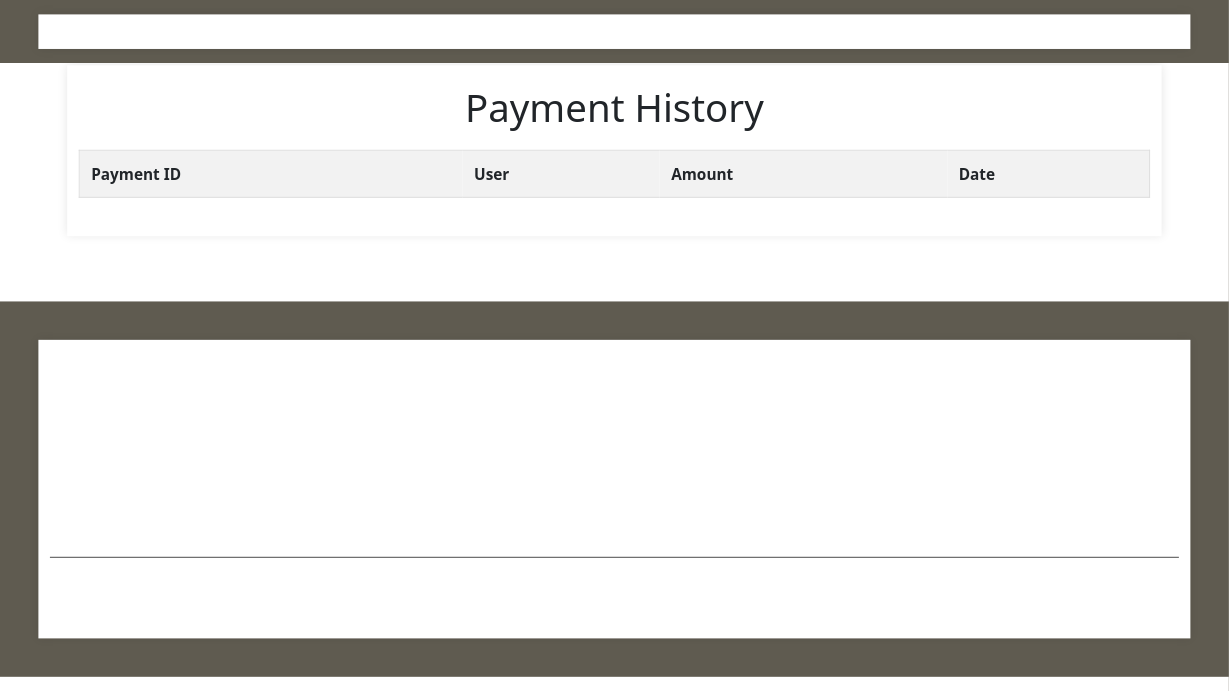
Repository: NagaMounikaY/GroceriesSubscriptionBookingManagement
Page: http://localhost/GroceriesSubBookingSystem/WEB-INF/views/paymentHistory.jsp
These files come from the project's save history. The page is drawn as it stood at one moment and after the next save; the edit follows.
The browser window is 1280 px wide. The pictures show the whole page, at 96% of full size.
The page is served by Tomcat 9. Nobody is signed in. The template is opened directly, without the code that normally fills it, so the values that code supplies are empty.

Above is the page before, as saved 2024-09-16 06:35:21.

After the next save:
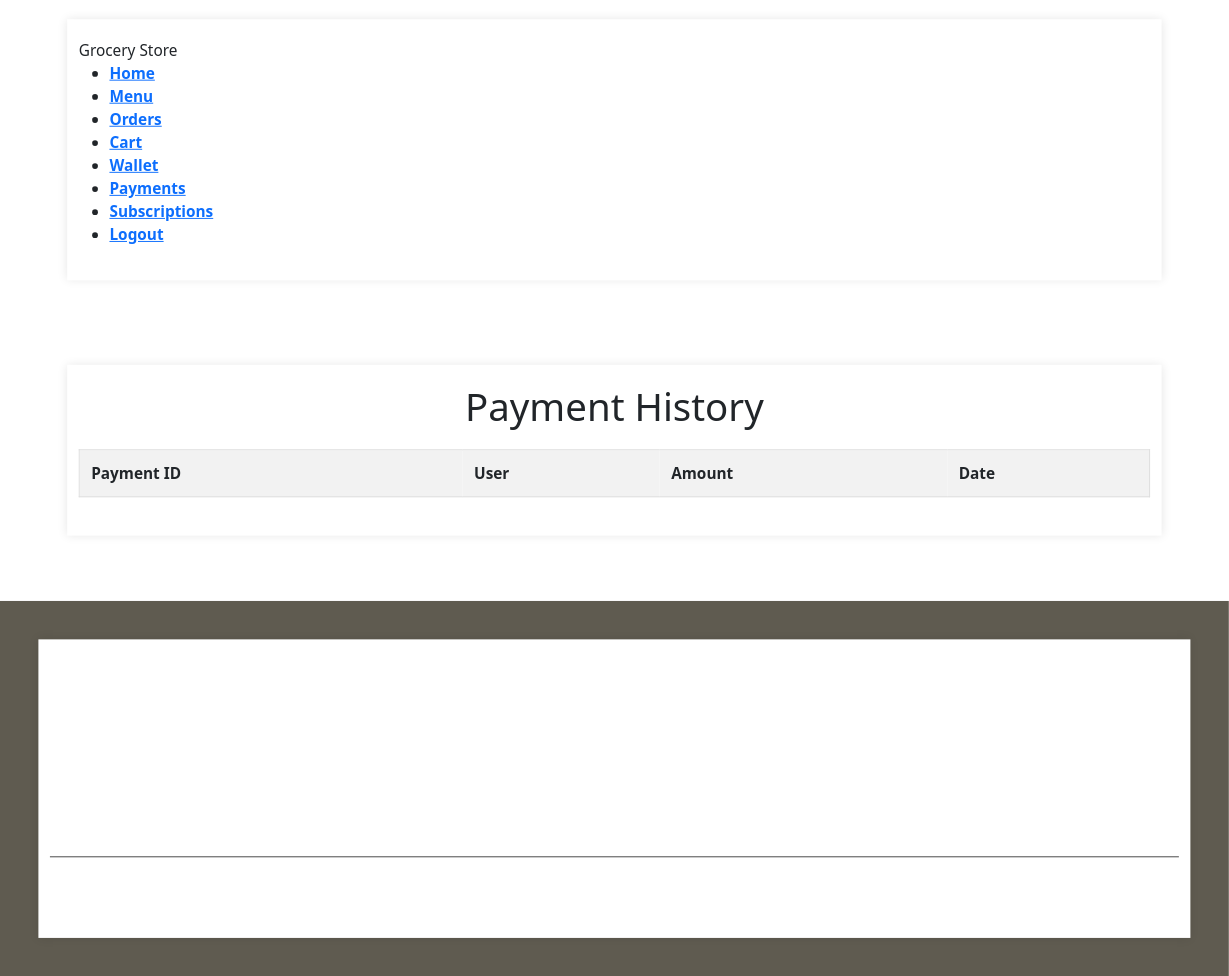
Saved 94 s later.
--- a/GroceriesSubBookingSystem/src/main/webapp/WEB-INF/views/paymentHistory.jsp
+++ b/GroceriesSubBookingSystem/src/main/webapp/WEB-INF/views/paymentHistory.jsp
@@ -51,7 +51,24 @@
     </style>
 </head>
 <body>
- <jsp:include page="/customerHeader.jsp"></jsp:include>
+  <!-- Header -->
+    <header>
+        <div class="container">
+            <div class="logo"> Grocery Store</div>
+            <nav>
+                <ul>
+                    <li><a href="${pageContext.request.contextPath}/home.jsp"><strong>Home</strong></a></li>
+                    <li><a href="${pageContext.request.contextPath}/groceries/list"><strong>Menu</strong></a></li>
+                    <li><a href="${pageContext.request.contextPath}/orders/viewOrders"><strong>Orders</strong></a></li>
+					<li><a href="${pageContext.request.contextPath}/orders/cart"><strong>Cart</strong></a>
+					<li><a href="${pageContext.request.contextPath}/wallets/wallet"><strong>Wallet</strong></a>
+					<li><a href="${pageContext.request.contextPath}/payment/history"><strong>Payments</strong></a>
+					<li><a href="${pageContext.request.contextPath}/subscription/subscriptionlist"><strong>Subscriptions</strong></a>
+                    <li><a href="${pageContext.request.contextPath}/home.jsp"><strong>Logout</strong></a></li>
+                </ul>
+            </nav>
+        </div>
+    </header>
     <br><br>
     <div class="container">
         <h1>Payment History</h1>

After the save that followed:
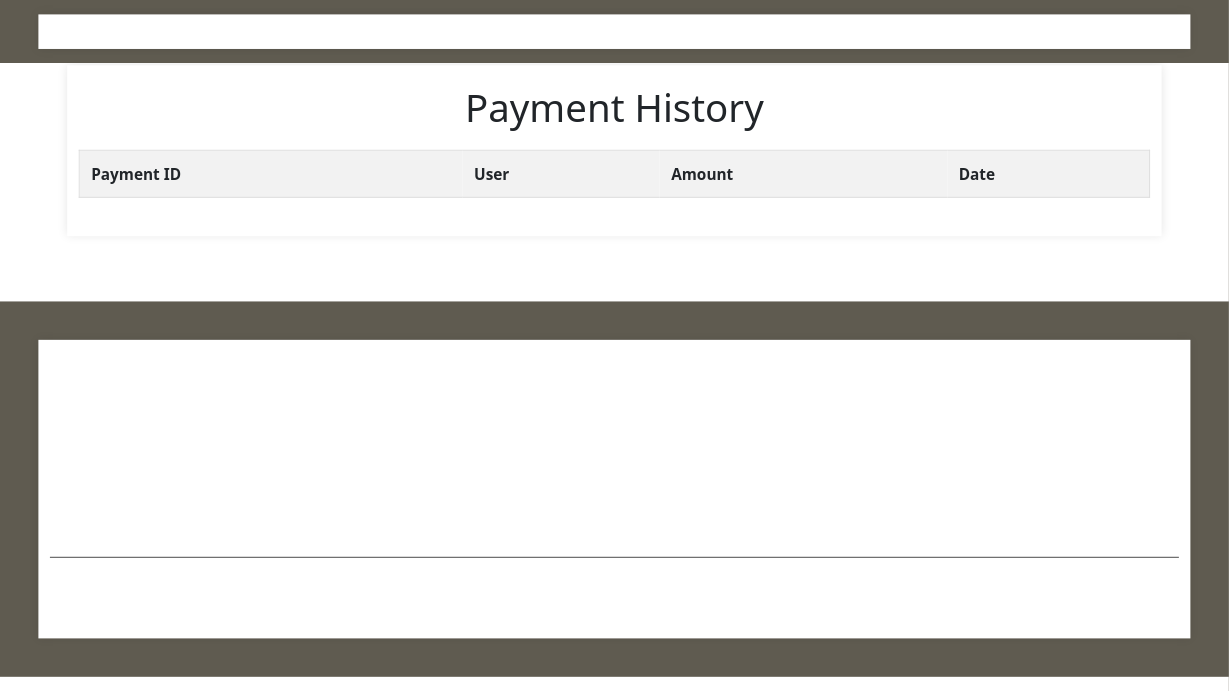
Saved 14 s later.
--- a/GroceriesSubBookingSystem/src/main/webapp/WEB-INF/views/paymentHistory.jsp
+++ b/GroceriesSubBookingSystem/src/main/webapp/WEB-INF/views/paymentHistory.jsp
@@ -5,6 +5,7 @@
 <html>
 <head>
     <title>Payment History</title>
+    <link rel="stylesheet" href="https://stackpath.bootstrapcdn.com/bootstrap/4.3.1/css/bootstrap.min.css">
     <style>
         body {
             font-family: Arial, sans-serif;
@@ -51,24 +52,7 @@
     </style>
 </head>
 <body>
-  <!-- Header -->
-    <header>
-        <div class="container">
-            <div class="logo"> Grocery Store</div>
-            <nav>
-                <ul>
-                    <li><a href="${pageContext.request.contextPath}/home.jsp"><strong>Home</strong></a></li>
-                    <li><a href="${pageContext.request.contextPath}/groceries/list"><strong>Menu</strong></a></li>
-                    <li><a href="${pageContext.request.contextPath}/orders/viewOrders"><strong>Orders</strong></a></li>
-					<li><a href="${pageContext.request.contextPath}/orders/cart"><strong>Cart</strong></a>
-					<li><a href="${pageContext.request.contextPath}/wallets/wallet"><strong>Wallet</strong></a>
-					<li><a href="${pageContext.request.contextPath}/payment/history"><strong>Payments</strong></a>
-					<li><a href="${pageContext.request.contextPath}/subscription/subscriptionlist"><strong>Subscriptions</strong></a>
-                    <li><a href="${pageContext.request.contextPath}/home.jsp"><strong>Logout</strong></a></li>
-                </ul>
-            </nav>
-        </div>
-    </header>
+ <jsp:include page="/customerHeader.jsp"></jsp:include>
     <br><br>
     <div class="container">
         <h1>Payment History</h1>
